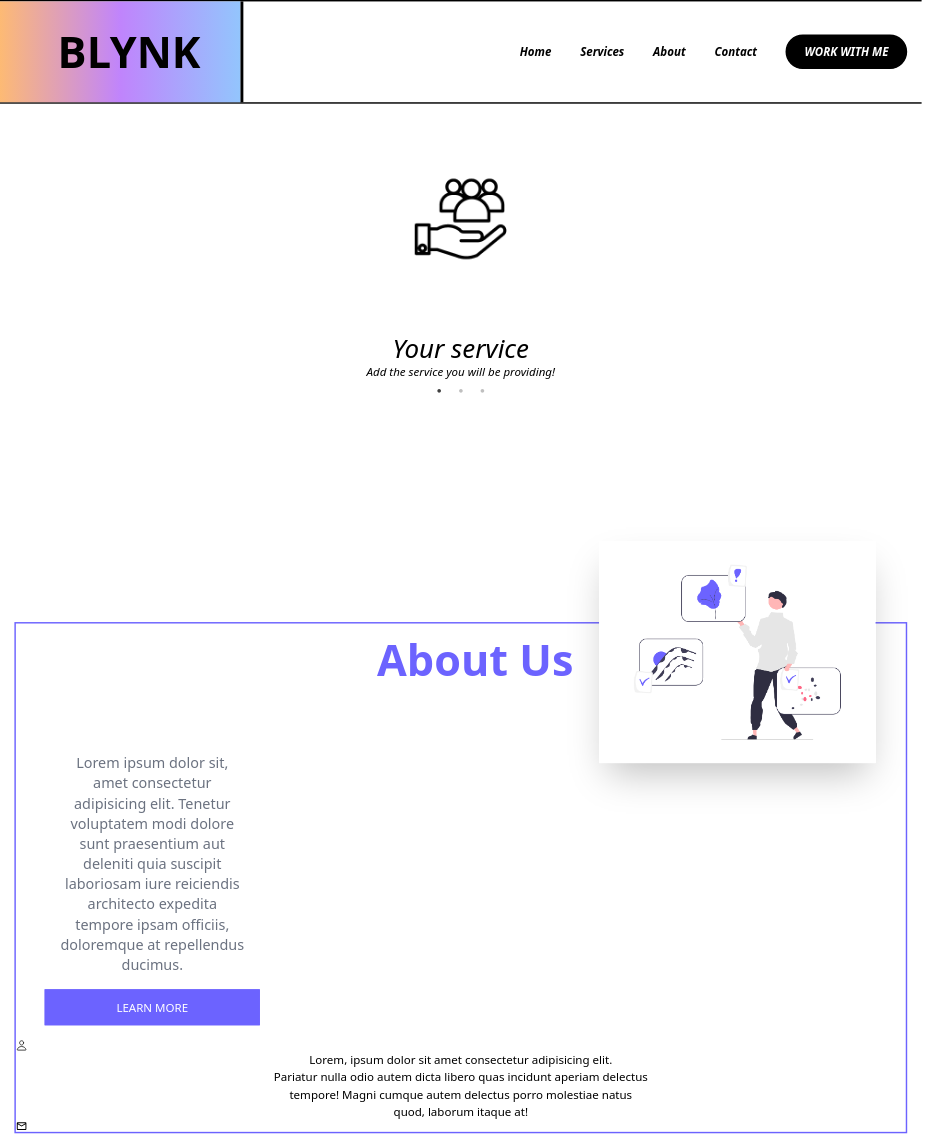
Repository: Al123Kudayyd/eportfolio
Page: /
The author's editor kept a copy of each file at every save. The page is drawn from the files as they stood at one save, then again after a run of saves.
The browser window is 1280 px wide. The page is 1305 px wide, so the pictures cover 1305 px, including what lies to the right of the window. The pictures show the whole page, at 72% of full size.
The project was rebuilt for these pictures with package versions that can differ from the ones it lists, and the page was loaded fresh each time.

Above is the page before, as saved 2024-02-27 08:03:56.

### src/App.js
import logo from './logo.svg';
import './App.css';
import Nav from './components/Nav';
import Services from './components/Services';
import About from './components/About';

function App() {
  return (
    <div className="App">
      <Nav />
      <Services />
      <About />
    </div>
  );
}

export default App;

### src/components/Nav.jsx
import React from 'react'

function Nav() {
  return (
    <div className=' border-y-2 border-black sticky top-0 z-10'>
        <div className='flex justify-between'>
            <h1 className='font-bold py-10 pl-20 lg:text-6xl text-4xl border-r-4 pr-14 border-black bg-gradient-to-r from-orange-300 via-purple-400 to-blue-300'>BLYNK</h1>
            <ul className='italic hidden lg:flex justify-center items-center space-x-10 cursor-pointer mx-5 text-md font-semibold transp'>
                <li className='hover:text-gray-500 transition-all duration-300 '>Home</li>
                <li className='hover:text-gray-500 transition-all duration-300'>Services</li>
                <li className='hover:text-gray-500 transition-all duration-300'>About</li>
                <li className='hover:text-gray-500 transition-all duration-300'>Contact</li>
                <li className='bg-black text-white px-6 py-[10px] border-2 border-black hover:bg-white rounded-3xl
                hover:text-black transition-all duration-300'>
                    WORK WITH ME
                </li>
            </ul>
        </div>
    </div>
  )
}

export default Nav

### src/components/Services.jsx
import React from 'react'
import "slick-carousel/slick/slick.css";
import "slick-carousel/slick/slick-theme.css";
import Slider from "react-slick";
import service from '../assests/service.png'
import service1 from '../assests/service1.png'
import service2 from '../assests/service2.png'

function Services() {
  var settings = {
    dots: true,
    infinite: true,
    speed: 500,
    slidesToShow: 1,
    slidesToScroll: 1,
  };

  return (
    <div className=''>
        <div className='min-h-[400px] lg:min-h-[700px] text-center '>
        <Slider className='text-black  italic' {...settings}>
      <div className='relative'>
        <img src={service} className='w-1/4 translate-x-[150%]' alt="" />
        <h1 className='text-4xl'>Your service</h1>
        <p className='text-md'>Add the service you will be providing!</p>
      </div>
      <div>
        <img src={service1} className='w-1/4 translate-x-[150%]' alt="" />
        <h3 className='text-4xl'>Your Serivce</h3>
        <p className='text-md'>Add the service you will be providing!</p>
      </div>
      <div>
        <img src={service2} className='w-1/4 translate-x-[150%]' alt="" />
        <h3 className='text-4xl'>Your Serivce</h3>
        <p className='text-md'>Add the service you will be providing!</p>
      </div>
      </Slider>
        </div>
    </div>
  )
}

export default Services

### src/components/About.jsx
import React from 'react'
import about from '../assests/about.png'
import AboutService from './AboutService'
import { IoPersonOutline } from "react-icons/io5";
import { MdOutlineEmail } from "react-icons/md";
import { IoCheckmarkOutline } from "react-icons/io5";

function About() {
  return (
    <div className='relative '>
      <div className='relative border-2 border-[#6C63FF] m-5'>
        <div className='pl-10 flex flex-col'>
            <h1 className=' text-[#6C63FF] pt-5 text-6xl font-bold '>
                About Us
            </h1>
            <p className='md:w-1/2 lg:w-1/4 mt-20 text-xl text-gray-500 p-5'>Lorem ipsum dolor sit, amet consectetur adipisicing elit. Tenetur voluptatem modi dolore sunt praesentium aut deleniti quia suscipit laboriosam iure reiciendis architecto expedita tempore ipsam officiis, doloremque at repellendus ducimus.</p>
            <button className='bg-[#6C63FF] text-white border border-[#6C63FF] px-7 py-3 mb-5 hover:bg-white
            hover:text-[#6C63FF] transitio duration-300 w-1/4'>
              LEARN MORE
            </button>
        </div>
        <AboutService button={<IoPersonOutline />} button1={<MdOutlineEmail />} button2={<IoCheckmarkOutline />}
        para={<div>Lorem, ipsum dolor sit amet consectetur adipisicing elit.<br /> Pariatur nulla odio autem dicta libero quas incidunt aperiam delectus <br />tempore! Magni cumque autem delectus porro molestiae natus <br />quod, laborum itaque at!</div>} />
        </div>

        <img src={about} className='absolute -top-28 w-[45%] lg:w-[30%] shadow-2xl right-4 lg:right-16' />
    </div>
  )
}

export default About

### src/components/AboutService.js
import React from 'react'


function AboutService({ button, button1, button2, para }) {
  return (
    <div>
        <div>
            <div>
                {button}
                <p>{para}</p>
            </div>
            <div>
                {button1}
                <p>{}</p>
            </div>
            <div>

                <p></p>
            </div>
        </div>
    </div>
  )
}

export default AboutService

### tailwind.config.js
/** @type {import('tailwindcss').Config} */
module.exports = {
  content: [
    "./src/App.js.{js,jsx,ts,tsx}",
    "./src/components/Nav.{js,jsx,ts,tsx}",
    "./src/components/Services.{js,jsx,ts,tsx}",
    "./src/components/About.{js,jsx,ts,tsx}"
],
  theme: {
    extend: {},
  },
  plugins: [],
}

Loaded but not shown: public/index.html (common file); src/index.js (common file); src/index.css (common file); src/reportWebVitals.js (common file); src/App.css (common file)

After the next 2 saves:
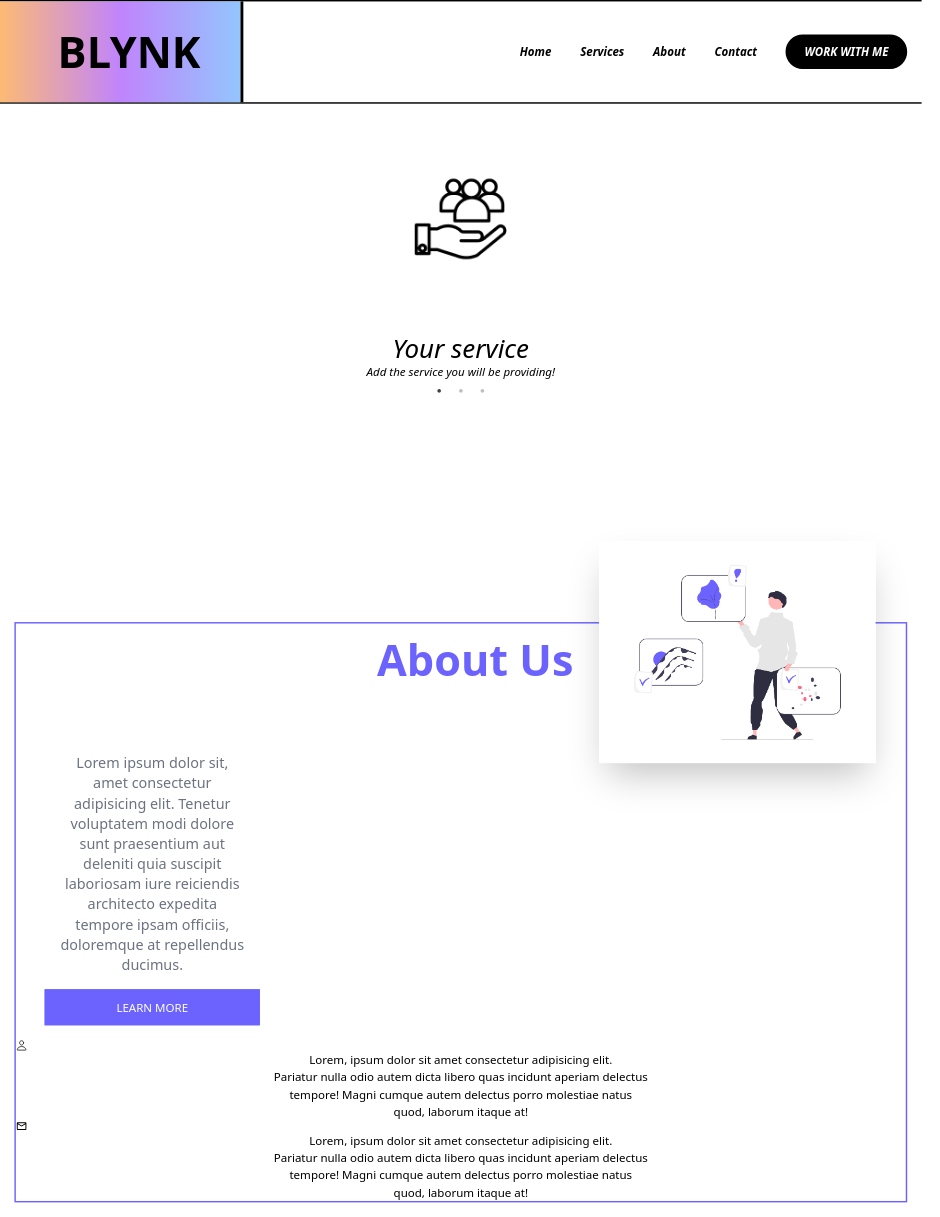
The 2 saves are shown as one change because they came seconds apart.
The last was saved 15 s later.
--- a/src/components/AboutService.js
+++ b/src/components/AboutService.js
@@ -11,7 +11,7 @@ function AboutService({ button, button1, button2, para }) {
             </div>
             <div>
                 {button1}
-                <p>{}</p>
+                <p>{para}</p>
             </div>
             <div>
 
